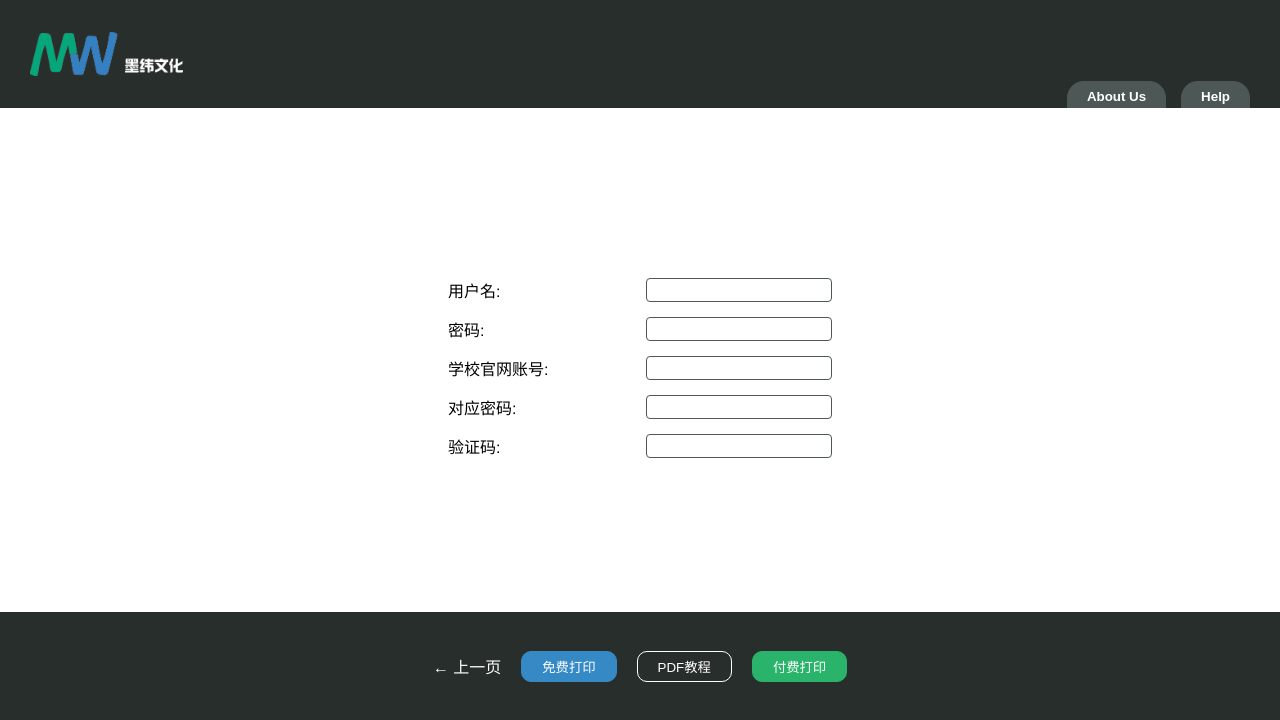
Repository: sucksucksucksuck/mw
Page: /#/register
These files come from the project's save history. The page is drawn as it stood at one moment and after a run of saves; the edit follows.
The browser window is 1280 px wide. The pictures show the whole page.
The project was rebuilt for these pictures with package versions that can differ from the ones it lists, and the page was loaded fresh each time. Also part of the build but not shown: webpack.config.js, src/components/HelloWorld.vue, src/components/Suck.vue.

Above is the page before, as saved 2018-04-13 17:26:21.

After the next 2 saves:
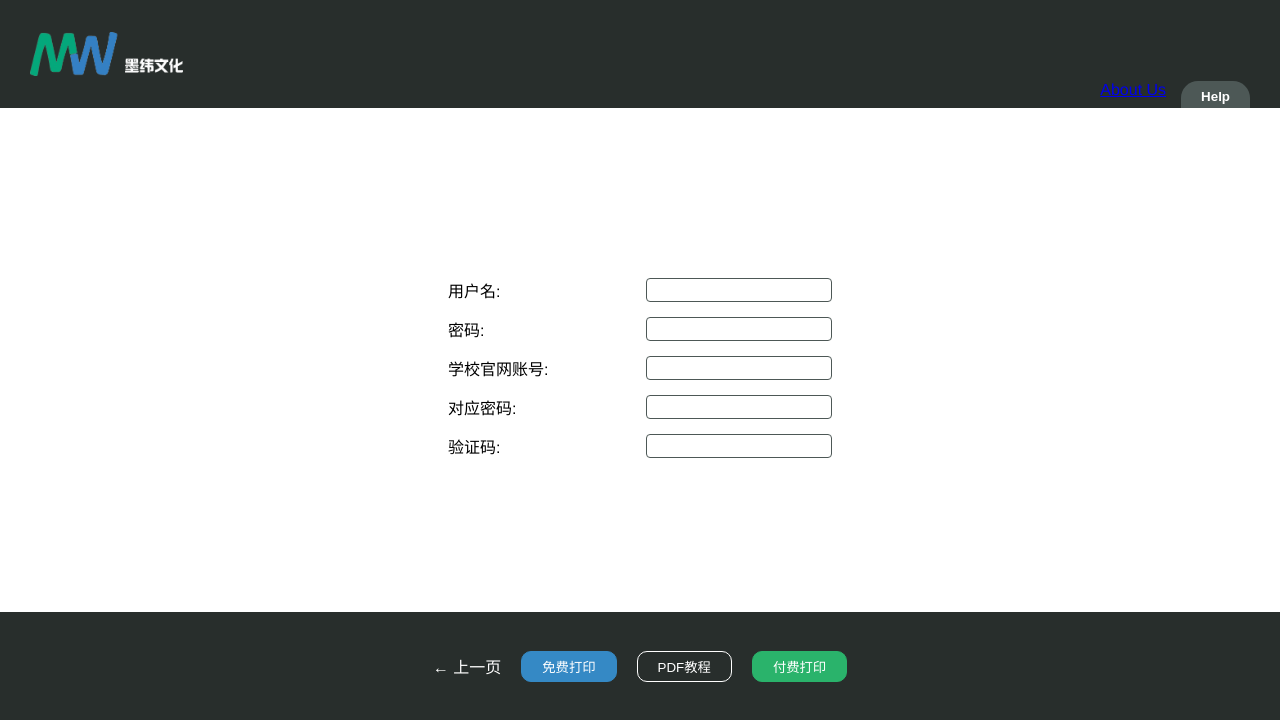
The 2 saves are shown as one change because they came seconds apart.
The last was saved 2 min 38 s later.
--- a/src/App.vue
+++ b/src/App.vue
@@ -3,7 +3,7 @@
     <header>
       <img src="./assets/images/logo.png" alt="">
       <div class="btn">
-        <button type="button">About Us</button>
+        <router-link to="home">About Us</router-link>
         <button type="button">Help</button>
       </div>
     </header>
